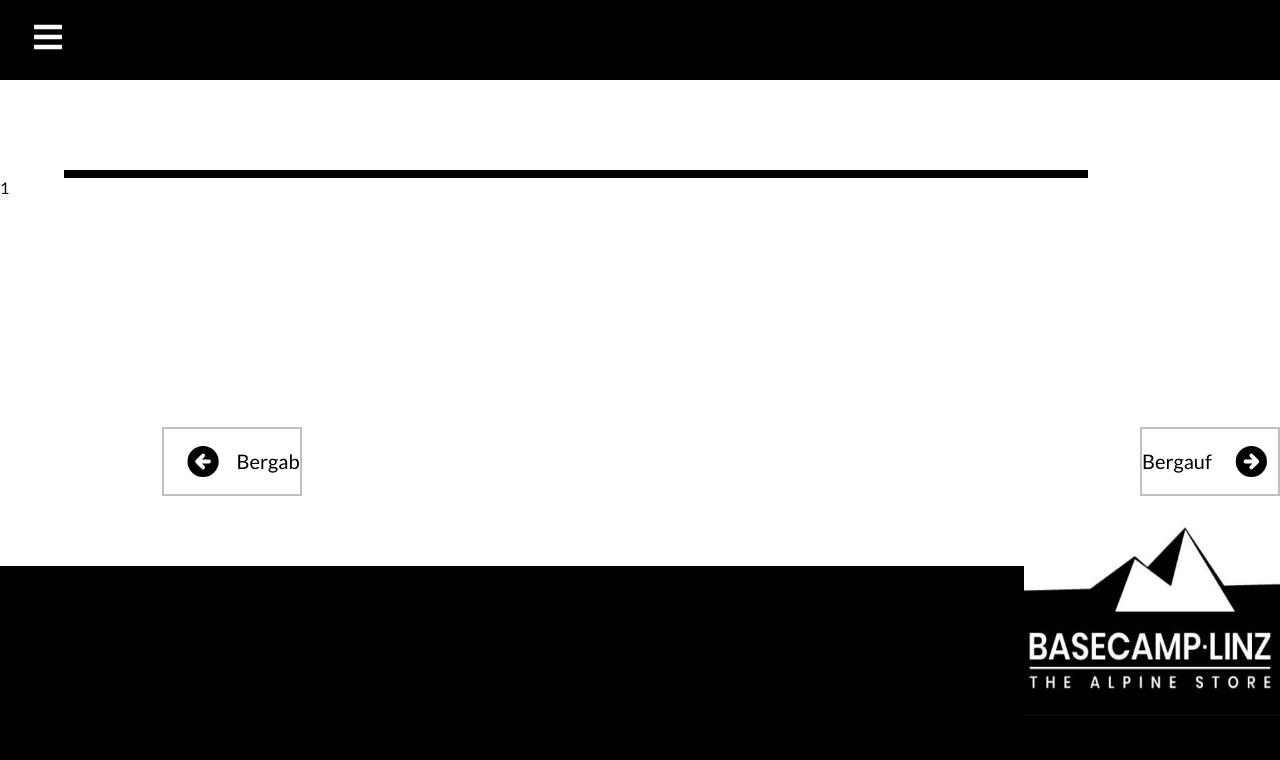
Repository: LeleZuGut/Kundenabfragesystem-Website
Page: /fragen/Wandern
These files come from the project's save history. The page is drawn as it stood at one moment and after the next save; the edit follows.
The browser window is 1280 px wide. The pictures show the whole page.
The page's requests for data from a server got no answer. The project was rebuilt for these pictures with package versions that can differ from the ones it lists, and the page was loaded fresh each time. No one was signed in, and anything a server would have sent is missing. Also part of the build but not shown: src/Pages/FormSignup.js, src/Form.js, src/Pages/FormLogin.js, src/Form-Log.js, src/Pages/FormFragenKatalog-Main.js.

Above is the page before, as saved 2021-08-30 11:15:53.

After the next save:
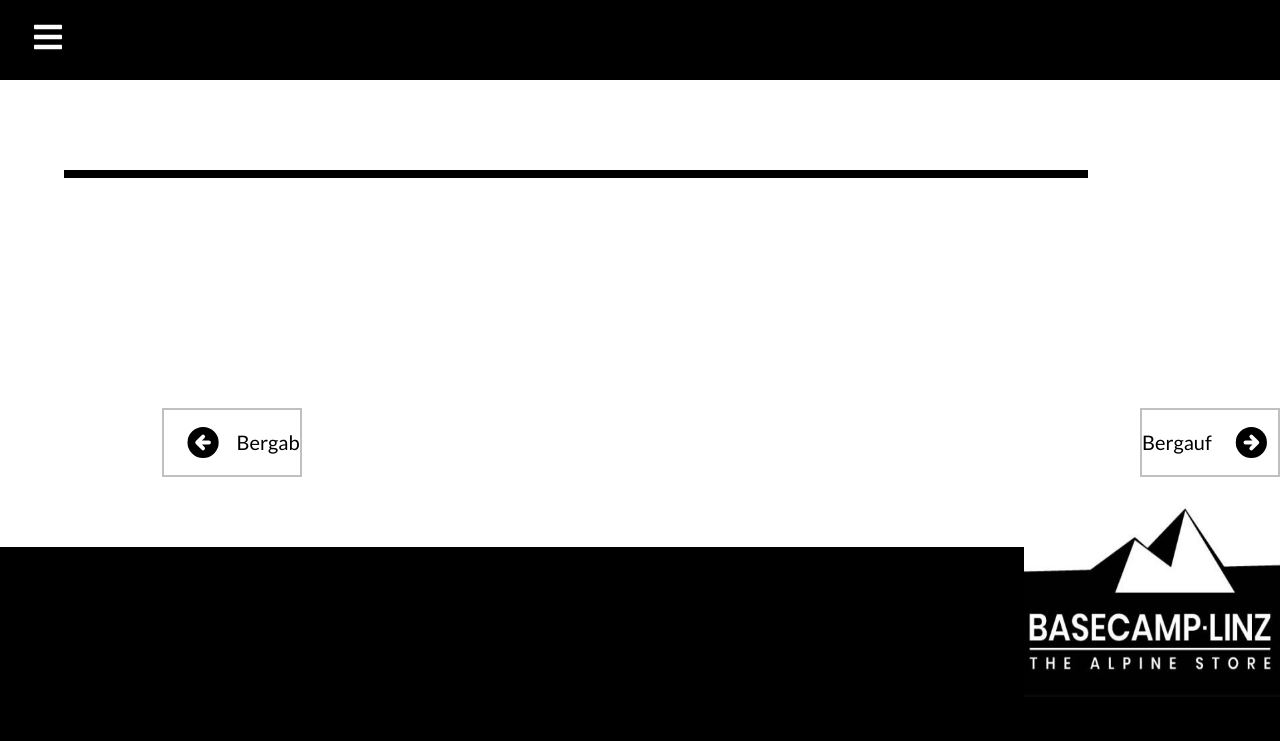
Saved 2 min 32 s later.
--- a/src/Pages/FormFragenkatalog.js
+++ b/src/Pages/FormFragenkatalog.js
@@ -61,7 +61,6 @@
         }
 
 
-        console.log(userarr[0].question);
         return (
             <>
                 <IconContext.Provider value={{ color: '#fff' }}>
@@ -91,25 +90,11 @@
                     </nav>
                 </IconContext.Provider>
 
-
-
-                    {userarr.map((usear, index) =>
-                    (
-                        <div key={index}>
-                            <div className="Wandern_main_Strich">
-                            <h1 className="Wandern_main_heading">{usear.question}</h1>
+                <div className="Wandern_main_Strich">
+                            <h1 className="Wandern_main_heading">{userarr[0].question}</h1>
                             </div>
-                            <div className="liste_seitennummerierung">
-                                <ul>
-                                    <li>
-                                        {index + 1}
-                                    </li>
-
-                                </ul>
-                            </div>
-                        </div>
-                    )
-                    )}
+
+
 
                 <div className="Fragen-Selection">
 
